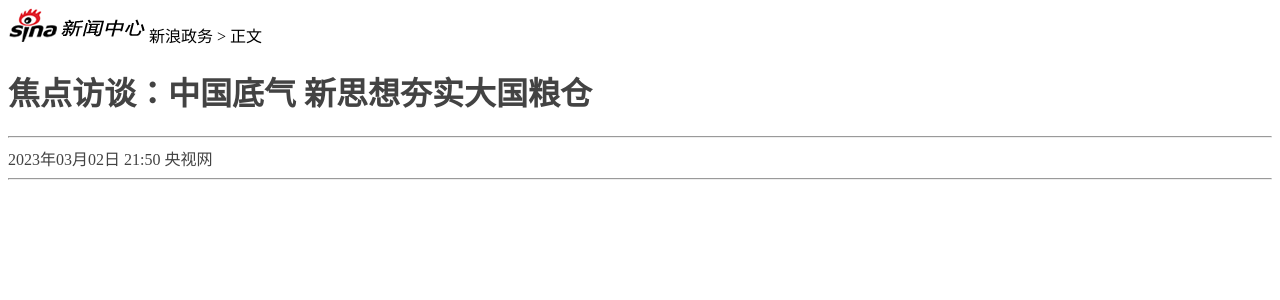
Repository: normalSp/HTMLLearn
Page: 02. 新浪新闻-标题-样式.html
These files come from the project's save history. The page is drawn as it stood at one moment and after the next save; the edit follows.
The browser window is 1280 px wide. The pictures show the whole page.

Above is the page before, as saved 2024-04-12 14:05:54.

After the next save:
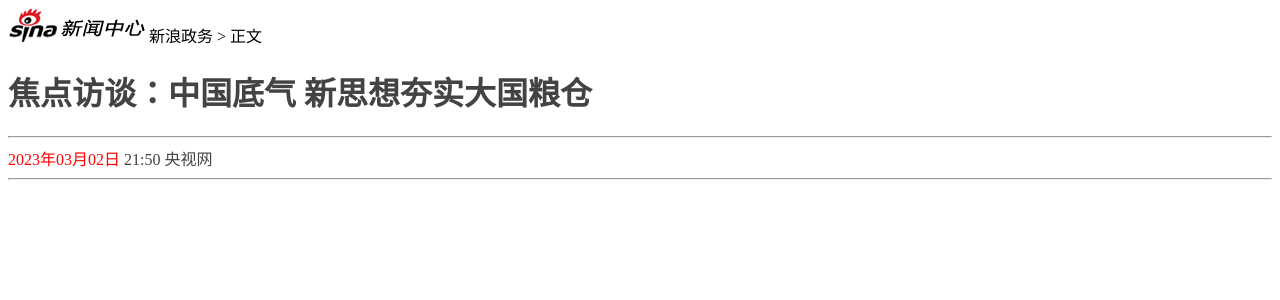
Saved 102 s later.
--- a/css/new.css
+++ b/css/new.css
@@ -4,3 +4,7 @@
 span{
     color: #434343;
 }
+
+.date{
+    color: #ff0000;
+}
